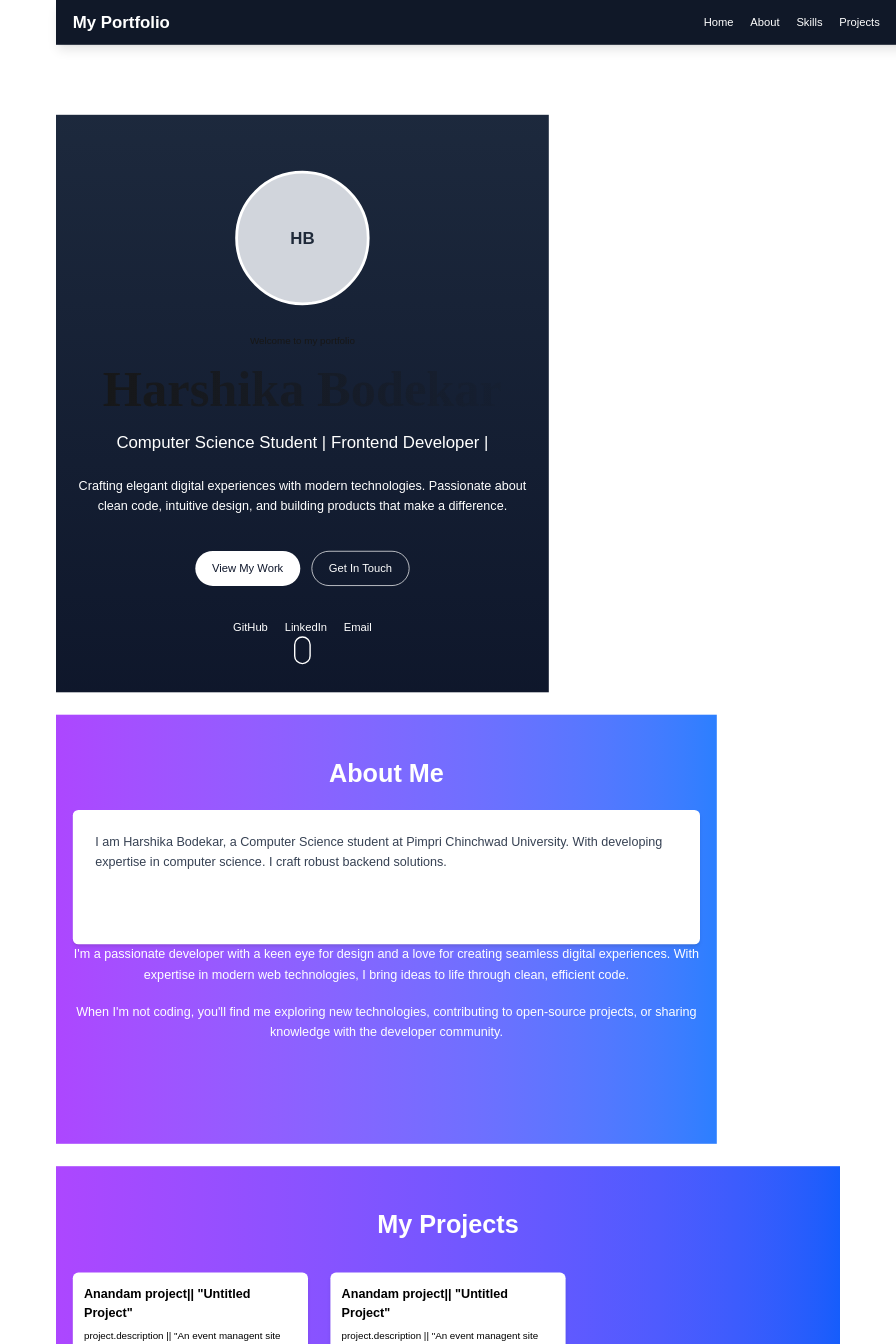
Repository: harshikabodekar/portfolio_awp
Page: /
An editor plug-in stored every save of this project. The page is shown before and after the next save, followed by the edit.
The browser window is 1280 px wide. The pictures show the part of the page from y = 0 to 1920 px (the page is 3046 px tall), at 70% of full size.
The project was rebuilt for these pictures with package versions that can differ from the ones it lists, and the page was loaded fresh each time. The framework's server and built-in components were replaced by stand-ins that run in the browser. Also part of the build but not shown: next.config.mjs.

Above is the page before, as saved 2025-10-15 19:35:53.

### src/app/layout.js
import "./globals.css";

export const metadata = {
  title: "AWP Portfolio",
  description: "Personal portfolio",
};

export default function RootLayout({ children }) {
  return (
    <html lang="en">
      <body className="antialiased">
        {children}
      </body>
    </html>
  );
}

### src/app/page.js
//import Image from "next/image";
import Navbar from "./components/Navbar";
import React from "react";
import Projects from "./components/Project";
import About from "./components/About";
import Contact from "./components/Contact";
import Hero from "./components/Hero";
import ProjectCard from "./components/ProjectCard";

export default function Home() {
  return (
    <div className="font-sans grid grid-rows-[20px_1fr_20px] items-center justify-items-center min-h-screen p-8 pb-20 gap-16 sm:p-20">
      <main className="flex flex-col gap-[32px] row-start-2 items-center sm:items-start">
        <Navbar />
        <Hero />
        <About />
        <Projects />
        <Contact />
        <ProjectCard/>
      </main>
    </div>
  );
}

### src/app/components/Navbar.js
import React from 'react';

const Navbar = () => {
  return (
    <nav className="bg-gray-900 text-white py-4 px-6 fixed w-full top-0 z-50 shadow-lg">
      <div className="container mx-auto flex justify-between items-center">
        <h1 className="text-2xl font-bold">My Portfolio</h1>
        <ul className="flex space-x-6">
          <li><a href="#home" className="hover:text-blue-400">Home</a></li>
          <li><a href="#about" className="hover:text-blue-400">About</a></li>
          <li><a href="#skills" className="hover:text-blue-400">Skills</a></li>
          <li><a href="#projects" className="hover:text-blue-400">Projects</a></li>
          <li><a href="#contact" className="hover:text-blue-400">Contact</a></li>
        </ul>
      </div>
    </nav>
  );
};

export default Navbar;

### src/app/components/Project.js
import React from 'react';
import ProjectCard from './ProjectCard';
import { projectsData } from '../data/projects';

const Projects = () => {
  return (
    <section id="projects" className="py-20 px-6 bg-gradient-to-r from-purple-500 to-blue-600 text-white pt-16">
      <div className="container mx-auto max-w-6xl">
        <h2 className="text-4xl font-bold text-center text-white mb-12">My Projects</h2>

        <div className="grid md:grid-cols-2 lg:grid-cols-3 gap-8">
          {projectsData.map((project) => (
            <ProjectCard key={project.id} project={project} />
          ))}
        </div>
      </div>
    </section>
  );
};

export default Projects;

### src/app/components/About.js
import React from 'react';

const About = () => {
  return (
     <section id="about" className="py-20 px-6 bg-gradient-to-r from-purple-500 to-blue-500 text-white pt-16">
      <div className="container mx-auto max-w-4xl">
        <h2 className="text-4xl font-bold text-center mb-8">About Me</h2>
        <div className="bg-white p-8 rounded-lg shadow-md">
          <p className="text-lg text-gray-700 mb-4">
            I am Harshika Bodekar, a Computer Science student at Pimpri Chinchwad University.
            With developing expertise in computer science.
            I craft robust backend solutions.
          </p>
          <p className="text-lg text-white">
            My journey is driven by a passion for building scalable,
            efficient systems that power modern applications.
            I enjoy tackling complex challenges and exploring cutting-edge tech.
          </p>
        </div>
        <div className="mb-16 text-center">
            <p className="text-lg text-muted-foreground leading-relaxed mb-6">
              I'm a passionate developer with a keen eye for design and a love for creating
              seamless digital experiences. With expertise in modern web technologies, I bring
              ideas to life through clean, efficient code.
            </p>
            <p className="text-lg text-muted-foreground leading-relaxed">
              When I'm not coding, you'll find me exploring new technologies, contributing to
              open-source projects, or sharing knowledge with the developer community.
            </p>
          </div>
      </div>
    </section>
  );
};

export default About;

### src/app/components/Contact.js
const Contact = () => {
  const contactInfo = [
    { label: 'Email', value: 'your.email@example.com', href: 'mailto:your.email@example.com' },
    { label: 'Phone', value: '+1 (555) 123-4567', href: 'tel:+15551234567' },
    { label: 'Location', value: 'San Francisco, CA', href: '#' },
  ];

  const socialLinks = [
    { label: 'GitHub', href: 'https://github.com' },
    { label: 'LinkedIn', href: 'https://linkedin.com' },
    { label: 'Twitter', href: 'https://twitter.com' },
  ];

  return (
    <section id="contact" className="py-20 bg-gray-50 text-gray-900">
      <div className="container mx-auto px-4">
        <div className="max-w-4xl mx-auto">
          <h2 className="text-4xl md:text-5xl font-bold mb-6 text-center">Get In Touch</h2>
          <div className="w-20 h-1 bg-blue-500 mx-auto mb-12"></div>

          <p className="text-center text-lg mb-12 max-w-2xl mx-auto">
            I'm always open to discussing new projects, creative ideas, or opportunities to be part of your visions.
          </p>

          <div className="grid md:grid-cols-3 gap-6 mb-12">
            {contactInfo.map((info, index) => (
              <div key={index} className="bg-white p-6 rounded-lg shadow text-center">
                <h3 className="text-sm font-semibold mb-2">{info.label}</h3>
                <a href={info.href} className="text-blue-600 underline">{info.value}</a>
              </div>
            ))}
          </div>

          <div className="text-center">
            <div className="flex justify-center gap-4 mb-8">
              {socialLinks.map((s, i) => (
                <a key={i} href={s.href} target="_blank" rel="noreferrer" className="text-blue-600">{s.label}</a>
              ))}
            </div>

            <div className="text-center">
              <a href="mailto:your.email@example.com" className="inline-block px-6 py-3 bg-blue-600 text-white rounded-lg">Send Me an Email</a>
            </div>
          </div>
        </div>
      </div>
    </section>
  );
};

export default Contact;

### src/app/components/Hero.js
"use client";
import React from 'react';

const Hero = () => {
  return (
    <section id="home" className="relative min-h-screen flex items-center justify-center bg-gradient-to-b from-slate-800 to-slate-900 text-white">
      <div className="container mx-auto px-4 py-20 relative z-10">
        <div className="max-w-4xl mx-auto text-center animate-fade-in">
          <div className="mb-8 flex justify-center">
            <div className="w-48 h-48 rounded-full bg-gray-300 dark:bg-gray-600 border-4 border-white flex items-center justify-center text-2xl font-bold text-gray-800">HB</div>
          </div>

          <div className="inline-block mb-4 px-4 py-2 bg-gradient-primary rounded-full">
            <p className="text-sm font-medium text-foreground">Welcome to my portfolio</p>
          </div>

          <h1 className="text-5xl md:text-7xl font-bold mb-6 font-['Space_Grotesk'] bg-gradient-to-r from-foreground to-accent bg-clip-text text-transparent">
          Harshika Bodekar
          </h1>

          <p className="text-xl md:text-2xl text-muted-foreground mb-8 font-light">
            Computer Science Student | Frontend Developer |
          </p>

          <p className="text-lg text-muted-foreground mb-12 max-w-2xl mx-auto leading-relaxed">
            Crafting elegant digital experiences with modern technologies.
            Passionate about clean code, intuitive design, and building products that make a difference.
          </p>

          <div className="flex flex-wrap gap-4 justify-center mb-12">
            <button onClick={() => {}} className="px-6 py-3 bg-white text-slate-900 rounded-full font-medium">View My Work</button>
            <button onClick={() => {}} className="px-6 py-3 border border-white rounded-full">Get In Touch</button>
          </div>

          <div className="flex gap-6 justify-center">
            <a href="https://github.com" target="_blank" rel="noopener noreferrer" className="text-white">GitHub</a>
            <a href="https://linkedin.com" target="_blank" rel="noopener noreferrer" className="text-white">LinkedIn</a>
            <a href="mailto:your.email@example.com" className="text-white">Email</a>
          </div>
        </div>
      </div>

      <div className="absolute bottom-10 left-1/2 -translate-x-1/2 animate-float">
        <div className="w-6 h-10 border-2 border-accent rounded-full flex justify-center">
          <div className="w-1 h-3 bg-accent rounded-full mt-2 animate-pulse"></div>
        </div>
      </div>
    </section>
  );
};

export default Hero;

### src/app/components/ProjectCard.js
import React from 'react';

export default function ProjectCard({ project = {} }) {
  return (
    <article className="bg-white text-black rounded-lg p-4 shadow-md">
      <h3 className="font-semibold text-lg mb-2">Anandam project|| "Untitled Project"</h3>
      <p className="text-sm mb-4">project.description || "An event managent site that manages the event."</p>
      {project.link && (
        <a
          className="text-blue-600 underline"
          href={project.link}
          target="_blank"
          rel="noreferrer"
        >
          View
        </a>
      )}
    </article>
  );
}

### src/app/data/projects.js
export const projectsData = [
  {
    id: '1',
    title: 'Sample Project One',
    description: 'A short description of project one.',
    link: 'https://example.com',
  },
  {
    id: '2',
    title: 'Sample Project Two',
    description: 'A short description of project two.',
    link: 'https://example.com',
  },
];

Loaded but not shown: src/app/globals.css (common file)

After the next save:
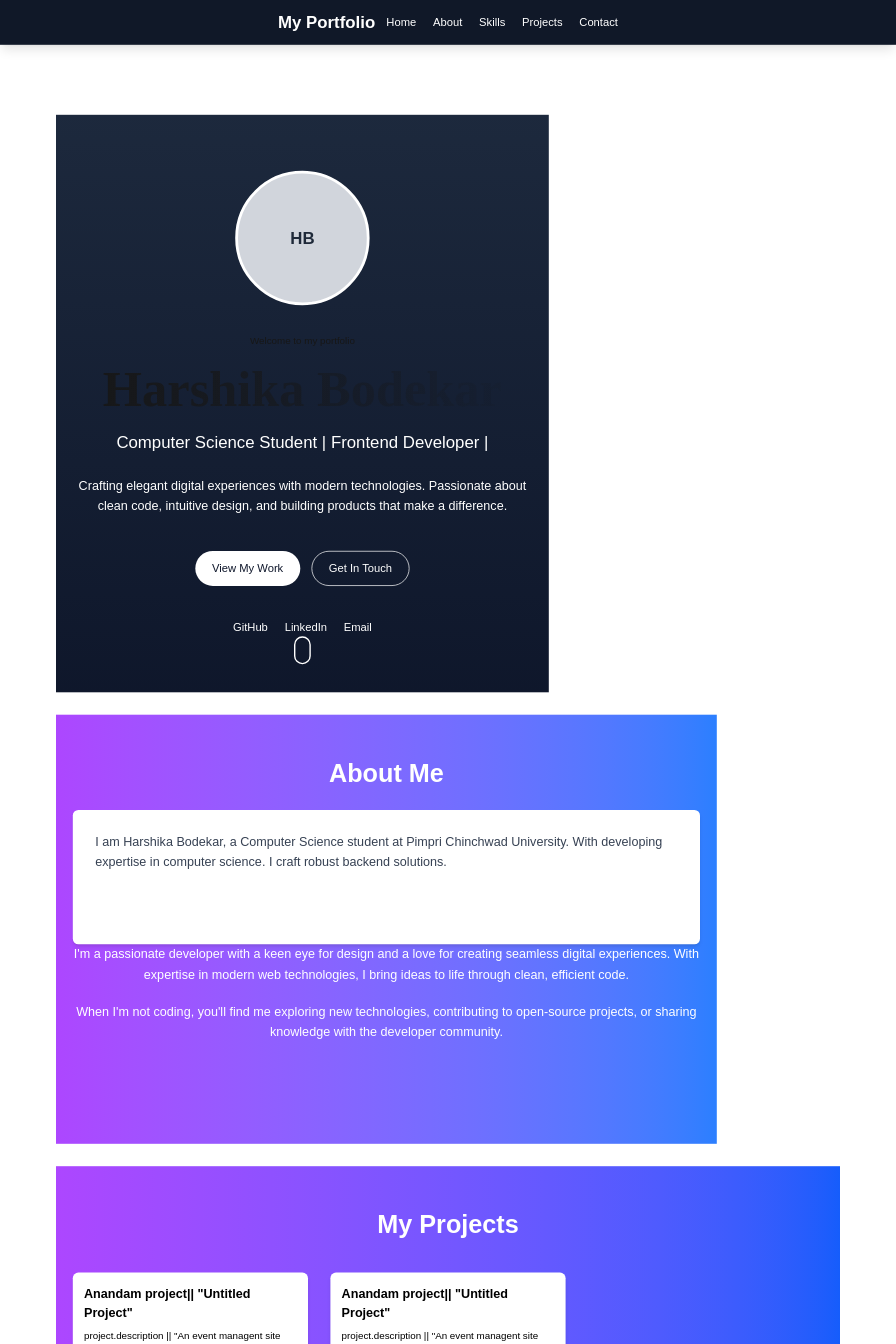
Saved 2 min 43 s later.
--- a/src/app/components/Navbar.js
+++ b/src/app/components/Navbar.js
@@ -2,15 +2,15 @@ import React from 'react';
 
 const Navbar = () => {
   return (
-    <nav className="bg-gray-900 text-white py-4 px-6 fixed w-full top-0 z-50 shadow-lg">
-      <div className="container mx-auto flex justify-between items-center">
+    <nav className="bg-gray-900 text-white py-4 px-6 fixed w-full top-0 left-0 z-50 shadow-lg">
+      <div className="container mx-auto flex flex-col md:flex-row justify-center items-center gap-4">
         <h1 className="text-2xl font-bold">My Portfolio</h1>
         <ul className="flex space-x-6">
-          <li><a href="#home" className="hover:text-blue-400">Home</a></li>
-          <li><a href="#about" className="hover:text-blue-400">About</a></li>
-          <li><a href="#skills" className="hover:text-blue-400">Skills</a></li>
-          <li><a href="#projects" className="hover:text-blue-400">Projects</a></li>
-          <li><a href="#contact" className="hover:text-blue-400">Contact</a></li>
+          <li><a href="#home" className="hover:text-blue-400 transition-colors">Home</a></li>
+          <li><a href="#about" className="hover:text-blue-400 transition-colors">About</a></li>
+          <li><a href="#skills" className="hover:text-blue-400 transition-colors">Skills</a></li>
+          <li><a href="#projects" className="hover:text-blue-400 transition-colors">Projects</a></li>
+          <li><a href="#contact" className="hover:text-blue-400 transition-colors">Contact</a></li>
         </ul>
       </div>
     </nav>
